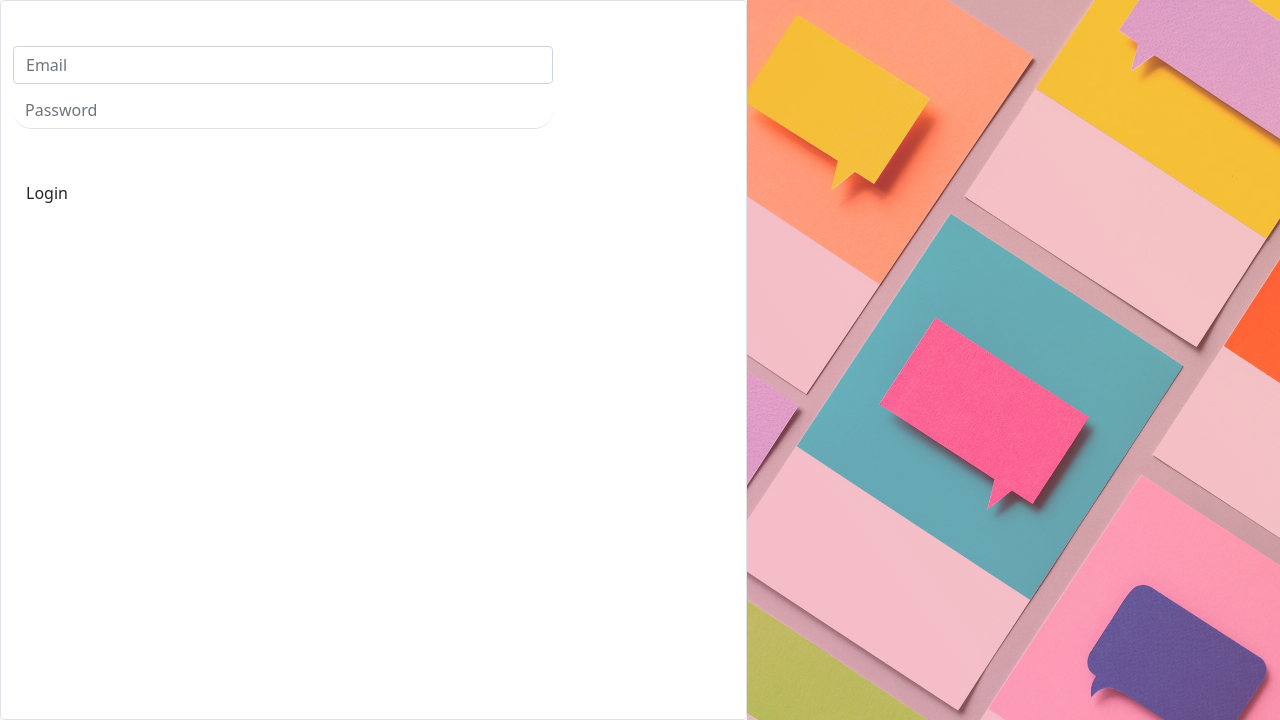
Repository: SaudCh/React-login
Page: /login
These files come from the project's save history. The page is drawn as it stood at one moment and after the next save; the edit follows.
The browser window is 1280 px wide. The pictures show the whole page.
The project was rebuilt for these pictures with package versions that can differ from the ones it lists, and the page was loaded fresh each time. Also part of the build but not shown: src/Components/Register/RegsiterCss.js, src/Components/Register/RegisterValidation.js, src/Components/Register/Register.jsx, src/Components/Home/Home.jsx.

Above is the page before, as saved 2022-02-06 12:19:15.

After the next save:
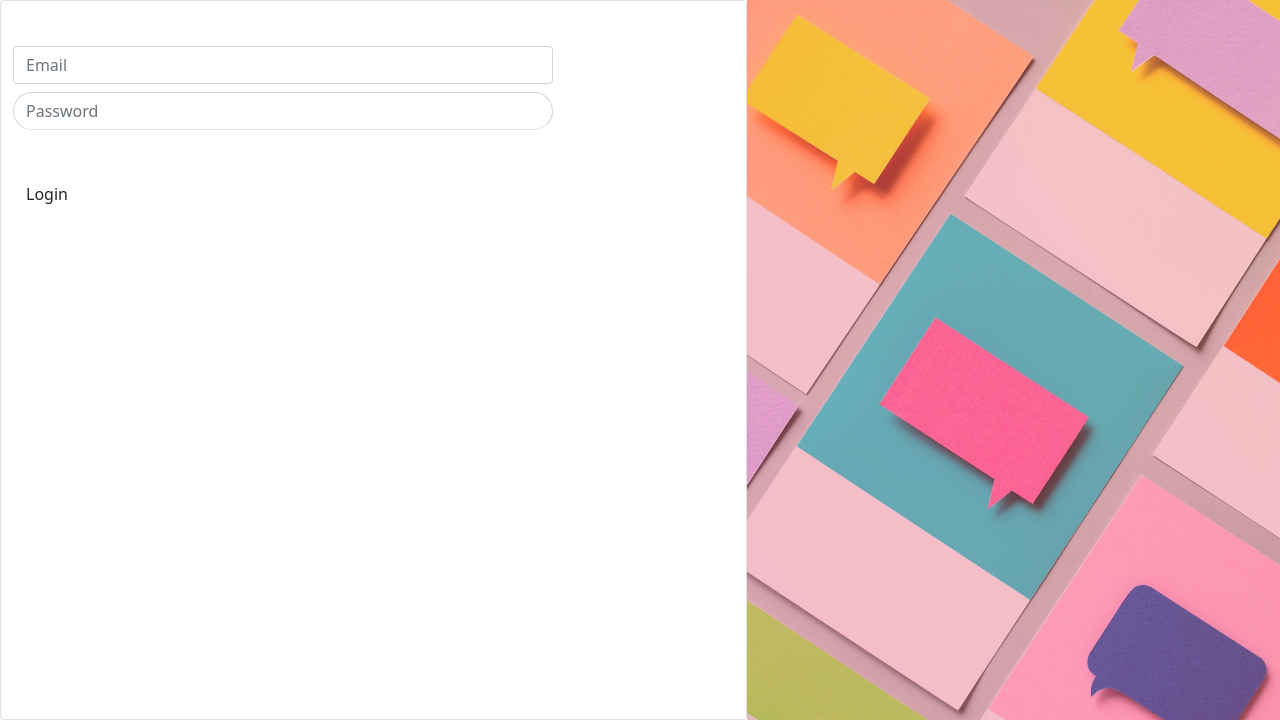
Saved 12 s later.
--- a/src/Components/Login/logincss.js
+++ b/src/Components/Login/logincss.js
@@ -1,6 +1,4 @@
 export const formStyle = {
     backgroundColor: "transparent",
-    color: "white",
-    border: "none",
     borderRadius: 25,
 };
